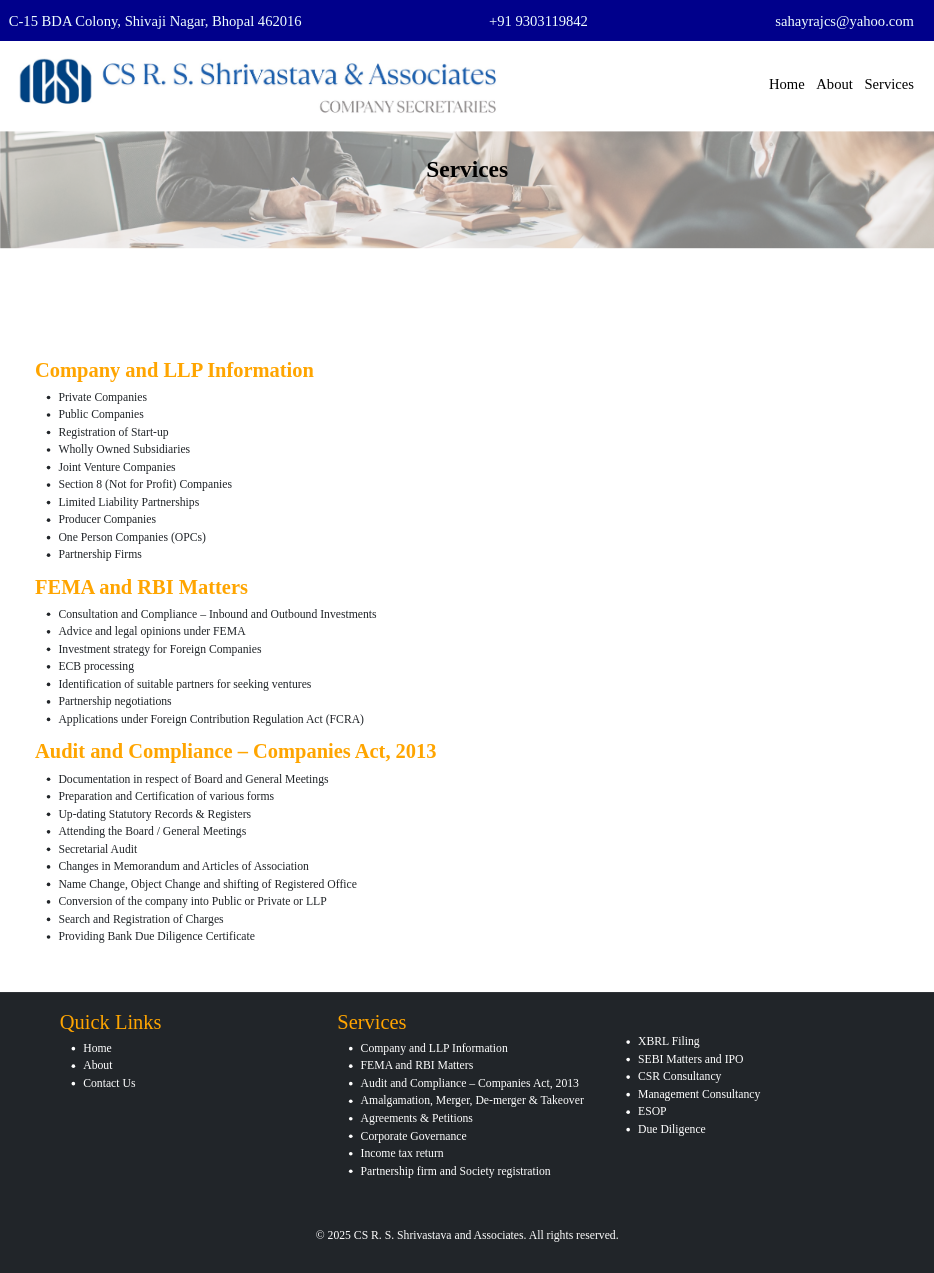
Repository: aayushiss/CS-RSS
Page: services.html
These files come from the project's save history. The page is drawn as it stood at one moment and after the next save; the edit follows.
The browser window is 1280 px wide. The pictures show the whole page, at 73% of full size.

Above is the page before, as saved 2025-05-27 19:00:01.

### services.html
<!DOCTYPE html>
<html lang="en">

<head>
    <meta charset="UTF-8">
    <meta name="viewport" content="width=device-width, initial-scale=1.0">
    <title>R. S. Shrivastava</title>
    <link href="https://cdn.jsdelivr.net/npm/bootstrap@5.3.3/dist/css/bootstrap.min.css" rel="stylesheet"
        integrity="sha384-QWTKZyjpPEjISv5WaRU9OFeRpok6YctnYmDr5pNlyT2bRjXh0JMhjY6hW+ALEwIH" crossorigin="anonymous">
    <link rel="stylesheet" type="text/css" href="style.css">
</head>

<body>
    <nav class="navbar fixed-top custom-navbar">
        <div class="container-fluid d-flex justify-content-between">
            <a class="navbar-brand"
                href="https://www.google.com/maps/place/R+S+SHRIVASTAVA+%26+ASSOCIATES/@23.2288499,77.4244091,17z/data=!3m1!4b1!4m6!3m5!1s0x397c425fada83073:0xcb1e8ba90a487f4e!8m2!3d23.228845!4d77.426984!16s%2Fg%2F1td0r8v9?entry=ttu&g_ep=EgoyMDI1MDUxMi4wIKXMDSoASAFQAw%3D%3D"
                target="_blank">C-15 BDA Colony, Shivaji Nagar, Bhopal 462016</a>
            <a class="navbar-brand" href="tel:+919303119842">+91 9303119842</a>
            <a class="navbar-brand" href="mailto:sahayrajcs@yahoo.com">sahayrajcs@yahoo.com</a>
        </div>
    </nav>
    <div class="navbar-space"></div>

    <nav class="navbar sticky-top second-navbar bg-white">
        <div class="container-fluid d-flex justify-content-between align-items-center">
          <a class="navbar-brand" href="index.html">
            <img src="images/icsi logo.jpg" alt="Logo" height="100rem" class="d-inline-block align-text-top">
          </a>
          <!-- </div> -->
          <div class="d-flex">
            <a class="navbar-brand" href="index.html">Home</a>
            <a class="navbar-brand" href="about.html">About</a>
            <a class="navbar-brand" href="services.html">Services</a>
          </div>
      </nav>

    <div class="position-relative" style="margin-bottom: 150px;" id="contact-section">
        <img src="images/haveAQuery.jpg" class="img-fluid" alt="..."
            style="opacity: .5; height: 10rem; width: 100vw; object-fit: cover;">
        <h2 class="position-absolute start-50 translate-middle-x text-black fw-bold" style="top: 20%;">
            Services
        </h2>
    </div>
    <div class="col px-4 px-md-5">
        <div class="row" id="Company-and-LLP-Info">
            <div class="col">
                <h3 style="font-weight: bold;">Company and LLP Information</h3>
                <ul>
                    <li>Private Companies</li>
                    <li>Public Companies</li>
                    <li>Registration of Start-up</li>
                    <li>Wholly Owned Subsidiaries</li>
                    <li>Joint Venture Companies</li>
                    <li>Section 8 (Not for Profit) Companies</li>
                    <li>Limited Liability Partnerships</li>
                    <li>Producer Companies</li>
                    <li>One Person Companies (OPCs)</li>
                    <li>Partnership Firms</li>
                </ul>
            </div>
        </div>
        <div class="row" id="FEMA-and-RBI-Matters">
            <div class="col">
                <h3 style="font-weight: bold;">FEMA and RBI Matters</h3>
                <ul>
                    <li>Consultation and Compliance – Inbound and Outbound Investments</li>
                    <li>Advice and legal opinions under FEMA</li>
                    <li>Investment strategy for Foreign Companies</li>
                    <li> ECB processing</li>
                    <li>Identification of suitable partners for seeking ventures</li>
                    <li> Partnership negotiations</li>
                    <li>Applications under Foreign Contribution Regulation Act (FCRA)</li>
                </ul>
            </div>
        </div>
        <div class="row">
            <div class="col">
                <h3 style="font-weight: bold;" id="Audit-and-Compliance">Audit and Compliance – Companies Act, 2013</h3>
                <ul>
                    <li>Documentation in respect of Board and General Meetings</li>
                    <li>Preparation and Certification of various forms</li>
                    <li>Up-dating Statutory Records & Registers</li>
                    <li>Attending the Board / General Meetings</li>
                    <li>Secretarial Audit</li>
                    <li>Changes in Memorandum and Articles of Association</li>
                    <li>Name Change, Object Change and shifting of Registered Office</li>
                    <li>Conversion of the company into Public or Private or LLP</li>
                    <li>Search and Registration of Charges</li>
                    <li>Providing Bank Due Diligence Certificate</li>
                </ul>
            </div>
        </div>
    </div>

    <footer class="bg-dark text-white py-4 mt-5">
      <div class="container">
        <div class="row">
          <div class="col">
            <h3>Quick Links</h3>
            <ul class="footer-links">
              <li><a href="index.html">Home</a></li>
              <li><a href="about.html">About</a></li>
              <li><a href="#contact-section">Contact Us</a></li>
            </ul>
          </div>
          <div class="col">
            <h3>Services</h3>
            <ul class="footer-links">
              <li><a href="services.html#Company-and-LLP-Info">Company and LLP Information</a></li>
              <li><a href="services.html#FEMA-and-RBI-Matters">FEMA and RBI Matters</a></li>
              <li><a href="services.html#Audit-and-Compliance">Audit and Compliance – Companies Act, 2013</a></li>
              <li><a href="hncjsd">Amalgamation, Merger, De-merger & Takeover</a></li>
              <li><a href="hncjsd">Agreements & Petitions</a></li>
              <li><a href="hncjsd">Corporate Governance</a></li>
              <li><a href="hncjsd">Income tax return</a></li>
              <li><a href="hncjsd">Partnership firm and Society registration</a></li>
            </ul>
          </div>
          <div class="col" style="margin-top: 2rem;">
            <ul class="footer-links">
              <li><a href="hncjsd">XBRL Filing</a></li>
              <li><a href="hncjsd">SEBI Matters and IPO</a></li>
              <li><a href="hncjsd">CSR Consultancy</a></li>
              <li><a href="hncjsd">Management Consultancy</a></li>
              <li><a href="hncjsd">ESOP</a></li>
              <li><a href="hncjsd">Due Diligence</a></li>
            </ul>
          </div>
        </div>

      </div>
      <p class="text-center mt-5">&copy; 2025 CS R. S. Shrivastava and Associates. All rights reserved.</p>
    </footer>

</body>

</html>

### style.css
body{
    font-family: 'Times New Roman', Times, serif;
}

.custom-navbar {
    background-color: darkblue;
}

.custom-navbar .navbar-brand {
    color: azure;
}

.navbar-space {
    margin-top: 50px;
}

.second-navbar .navbar-brand {
    color: black;
}

.custom-card {
    height: 25vh;
}

.custom-card .card-img {
    height: 100%;
    object-fit: cover;
}

.container-fluid .card {
    padding: 10px;
}

.container-fluid .card-title {
    font-family: 'Times New Roman', Times, serif;
    font-weight: bold;
    font-size: xx-large;
}

.container-fluid .col-md-8 .card-title {
    font-family: 'Times New Roman', Times, serif;
    font-size: large;
}

.footer-links ul {
    list-style: none;
    text-decoration: none;
}

.footer-links a {
    color: white;
    text-decoration: none;
    scroll-behavior: smooth;
}

h3{
    color: orange;
}

After the next save:
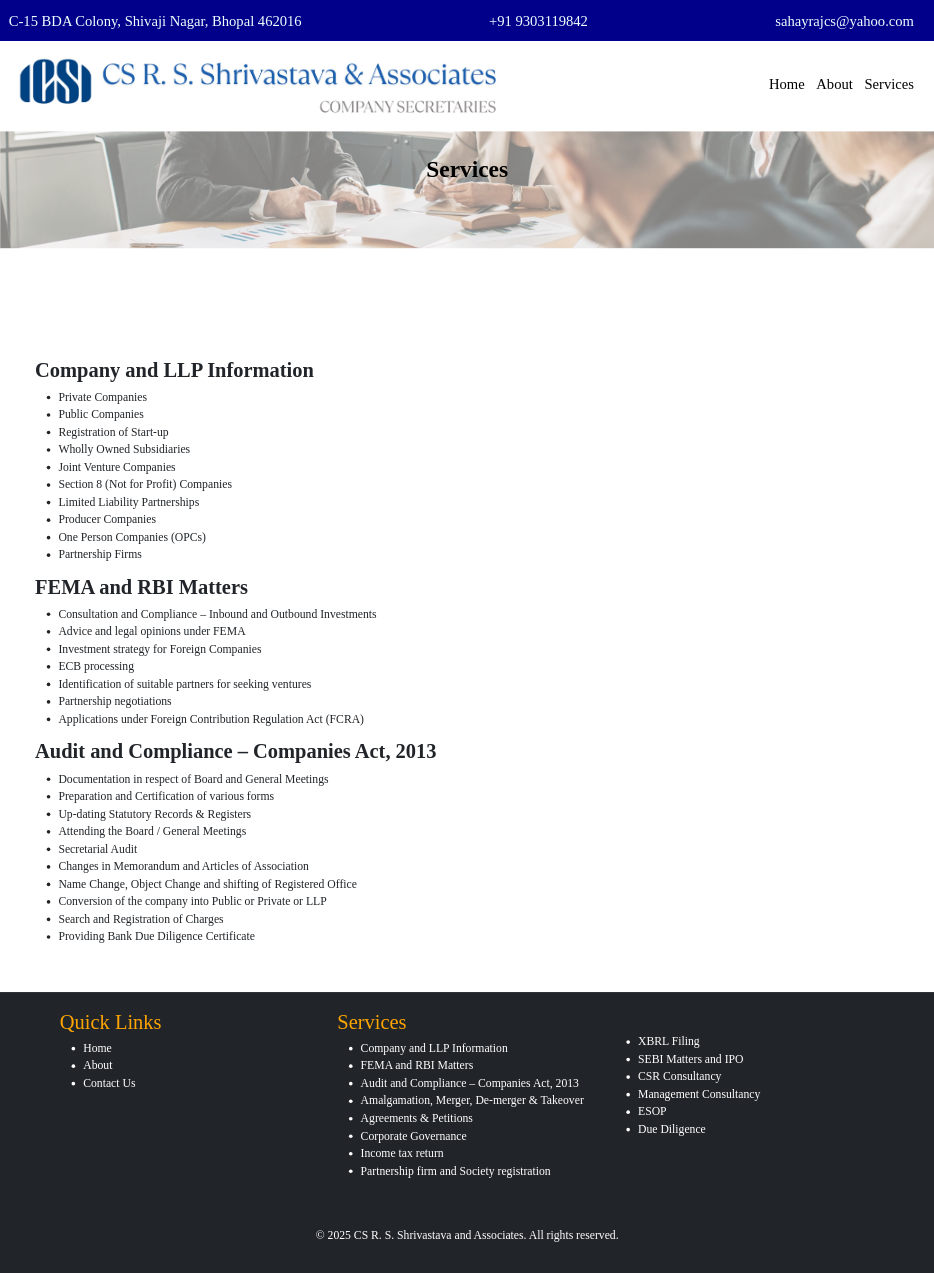
Saved 50 s later.
--- a/style.css
+++ b/style.css
@@ -53,6 +53,6 @@ body{
     scroll-behavior: smooth;
 }
 
-h3{
+footer h3{
     color: orange;
 }
